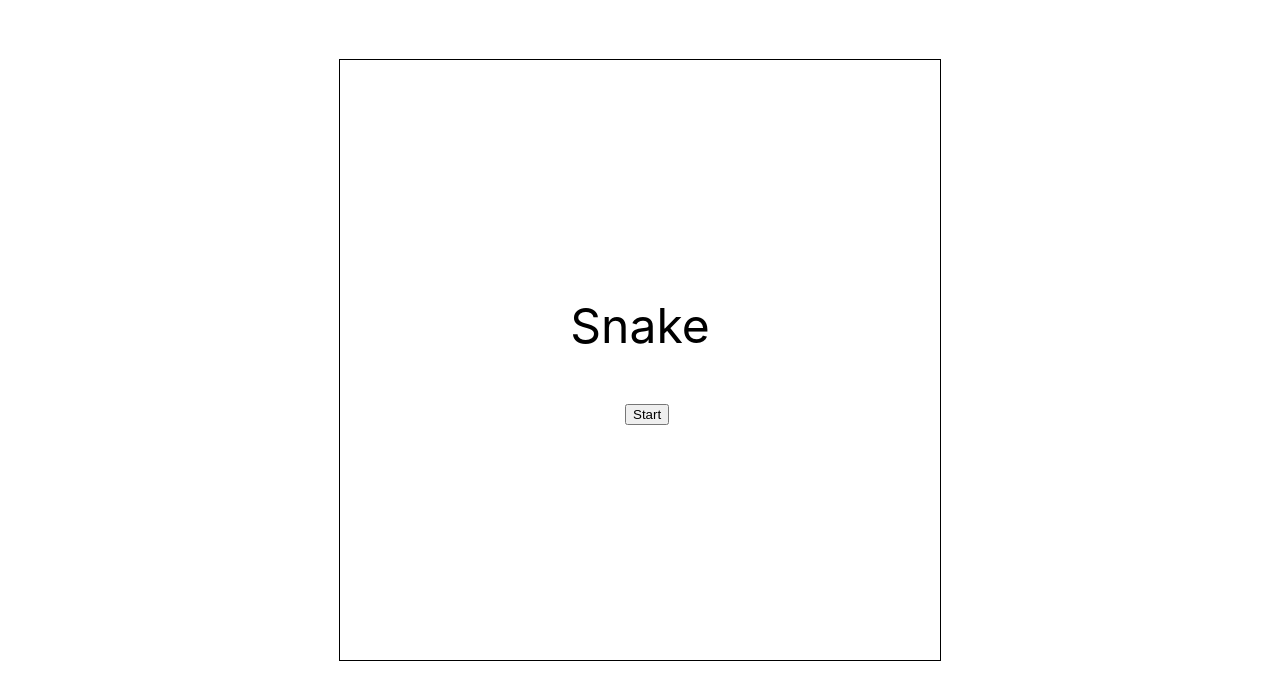
Repository: meills/react-snake
Page: /
These files come from the project's save history. The page is drawn as it stood at one moment and after the next save; the edit follows.
The browser window is 1280 px wide. The pictures show the whole page.
The project was rebuilt for these pictures with package versions that can differ from the ones it lists, and the page was loaded fresh each time. Also part of the build but not shown: src/components/Snakeboard.js, src/styles/App.css.

Above is the page before, as saved 2020-06-15 13:36:02.

### src/App.js
import React from 'react';
import Snakeboard from './components/Snakeboard.js';
import Welcome from './components/Welcome.js';
import GameOver from './components/Welcome.js';
import './styles/App.css';
import './styles/snakeboard.css';

const GRID_SIZE = 30;
const TICK_TIME = 100;

class App extends React.Component {
  state = {
    rows: GRID_SIZE,
    cols: GRID_SIZE,
    grid: [],
    food: {},
    snake: {
        head: {},
        tail: [],
    },
    currDir: 'left',
    tickTime: TICK_TIME,
    gameStart: false,
    gameOver: false,
  }


  render() {

    if (this.state.gameStart) {
      return (<div className="snake-container">
                <Snakeboard />
              </div>);
    }

    if (!this.state.gameStart) {
      return (<div className="snake-container">
                <Welcome />
              </div>);
    }

    if (this.state.gameOver) {

    }


  }

}

export default App;

### src/components/Welcome.js
import React from 'react';
import WelcomeMessage from './WelcomeMessage.js'
import StartButton from './StartButton.js'

function Welcome() {
    return(<div className='welcome'>
                <WelcomeMessage />
                <StartButton />
           </div>);
}

export default Welcome;

### src/styles/snakeboard.css
.snake-container {
    width: 100vw;
    height: 100vh;
    display: flex;
    align-items: center;
    justify-content: center;
}

.welcome {
    width: 600px;
    height: 600px;
    outline: 1px solid black;
    display: flex;
    align-items: stretch;
    align-items: center;
    justify-content: center;
    flex-direction: column;

}

.welcome-message {
    font-size: 3em;
    margin-bottom: 1em;
}

.start-btn {
    width: 30px
}

.grid {
    outline: 1px solid black;
    width: 600px;
    height: 600px;
    margin: auto;
    display: flex;
    flex-direction: row;
    flex-wrap: wrap;
}

.grid-item {
    width: 20px;
    height: 20px;
}

.is-food {
    background-color: red;
}


.snake-head {
    background-color: black;
}

.snake-tail {
    background-color: black;
}

### src/components/WelcomeMessage.js
import React from 'react';

function WelcomeMessage() {
    return(<div className='welcome-message'> Snake
           </div>);
}

export default WelcomeMessage;

### src/components/StartButton.js
import React from 'react';

function StartButton() {
    return(<div className='start-btn'><button type='button'>Start</button></div>);
}

export default StartButton;

Loaded but not shown: public/index.html (common file); src/index.js (common file); src/styles/index.css (common file); src/serviceWorker.js (common file)

After the next save:
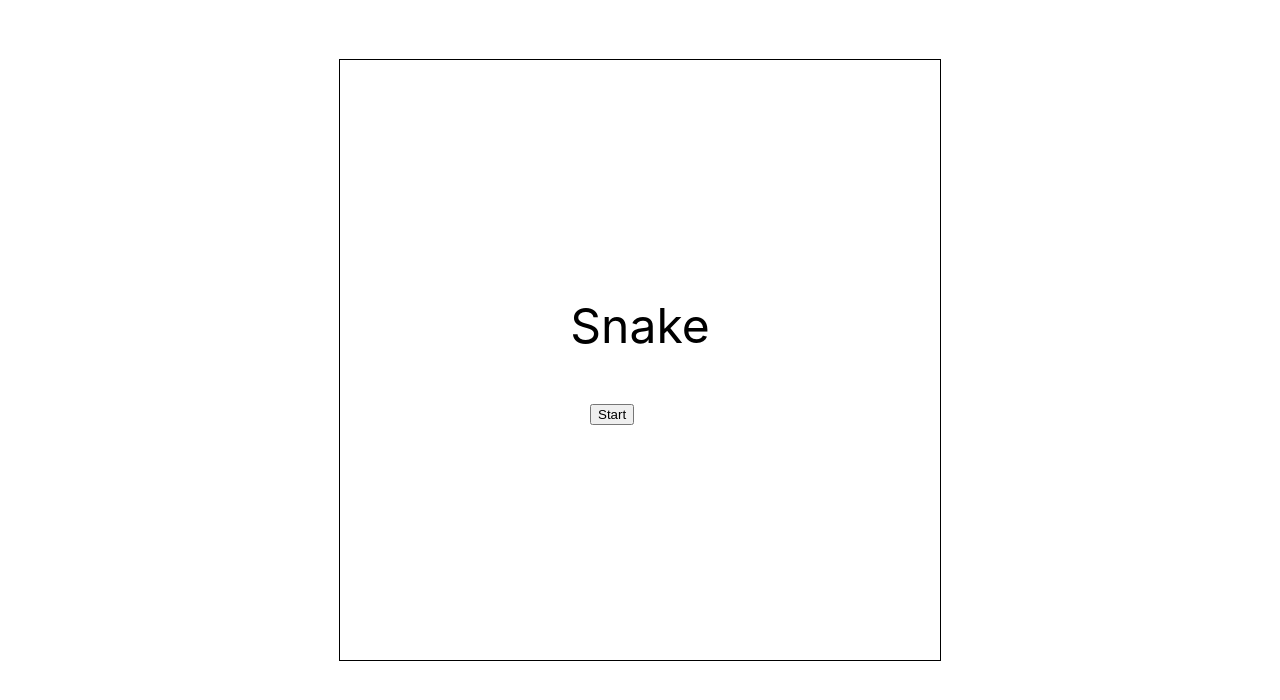
Saved 6 s later.
--- a/src/styles/snakeboard.css
+++ b/src/styles/snakeboard.css
@@ -24,7 +24,7 @@
 }
 
 .start-btn {
-    width: 30px
+    width: 100px;
 }
 
 .grid {
